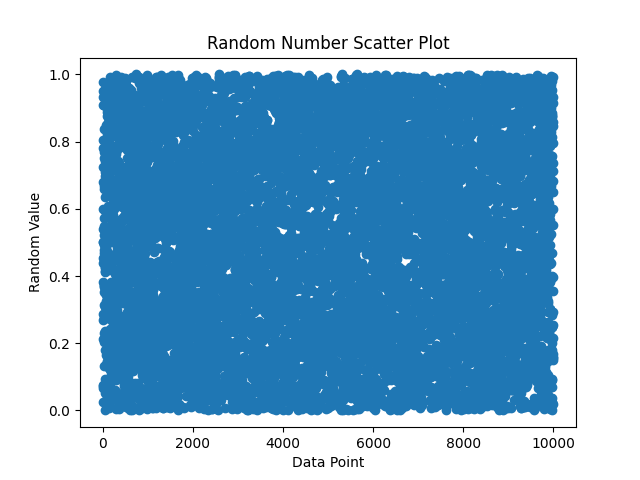
Repository: leoh1223/HW_Python
Script's output: python HW.py
These files come from the project's save history. The script's output is drawn as it stood at one moment and after the next save; the edit follows.
Random numbers start from a fixed seed.

Above is the script's output before, as saved 2023-10-10 17:03:15.

### HW.py

import numpy as np
import matplotlib.pyplot as plt
#import tkinter as tk
plt.close()

# Generate 100 random numbers between 0 and 1
random_data = np.random.rand(10000)

# Plot the random data
plt.scatter(range(len(random_data)), random_data)
plt.title("Random Number Scatter Plot")
plt.xlabel("Data Point")
plt.ylabel("Random Value")
plt.show()

After the next save:
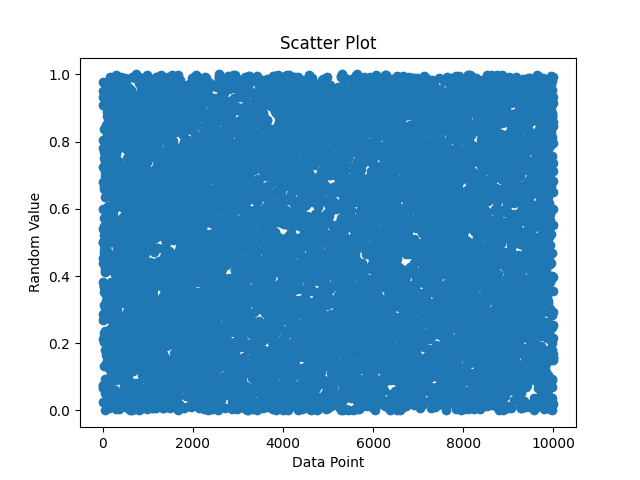
Saved 3 h 57 min later.
--- a/HW.py
+++ b/HW.py
@@ -9,7 +9,7 @@ random_data = np.random.rand(10000)
 
 # Plot the random data
 plt.scatter(range(len(random_data)), random_data)
-plt.title("Random Number Scatter Plot")
+plt.title("Scatter Plot")
 plt.xlabel("Data Point")
 plt.ylabel("Random Value")
 plt.show()
